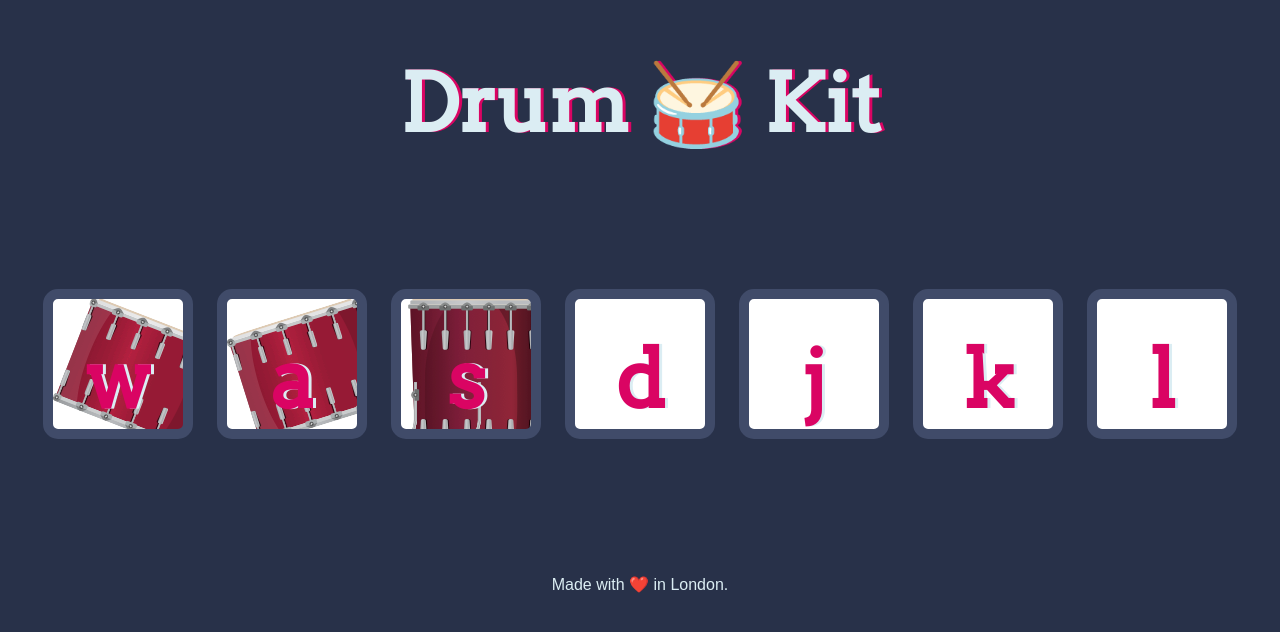
Repository: thecoachanna/drum-kit
Page: index.html
The author's editor kept a copy of each file at every save. The page is drawn from the files as they stood at one save, then again after a run of saves.
The browser window is 1280 px wide. The pictures show the whole page.

Above is the page before, as saved 2023-02-20 17:03:17.

After the next 3 saves:
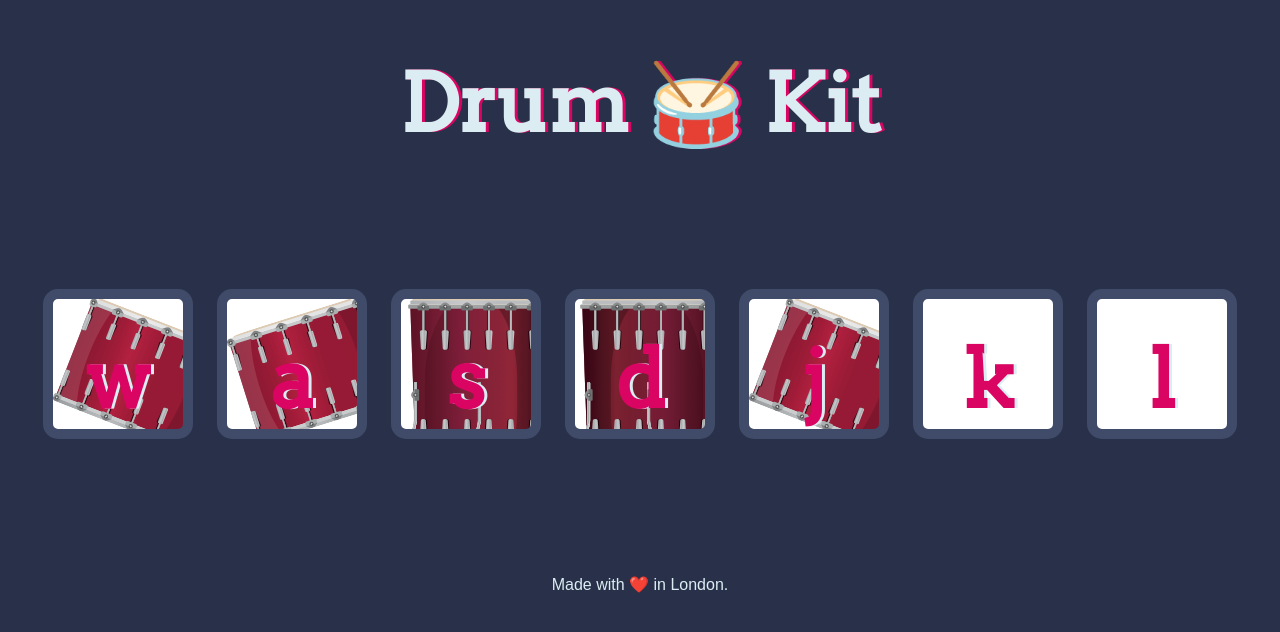
The 3 saves are shown as one change because they came seconds apart.
The last was saved 10 s later.
--- a/styles.css
+++ b/styles.css
@@ -29,11 +29,11 @@ footer {
 }
 
 .d {
-
+  background-image: url('images/tom4.png');
 }
 
 .j {
-
+  background-image: url('images/tom1.png');
 }
 
 .k {
